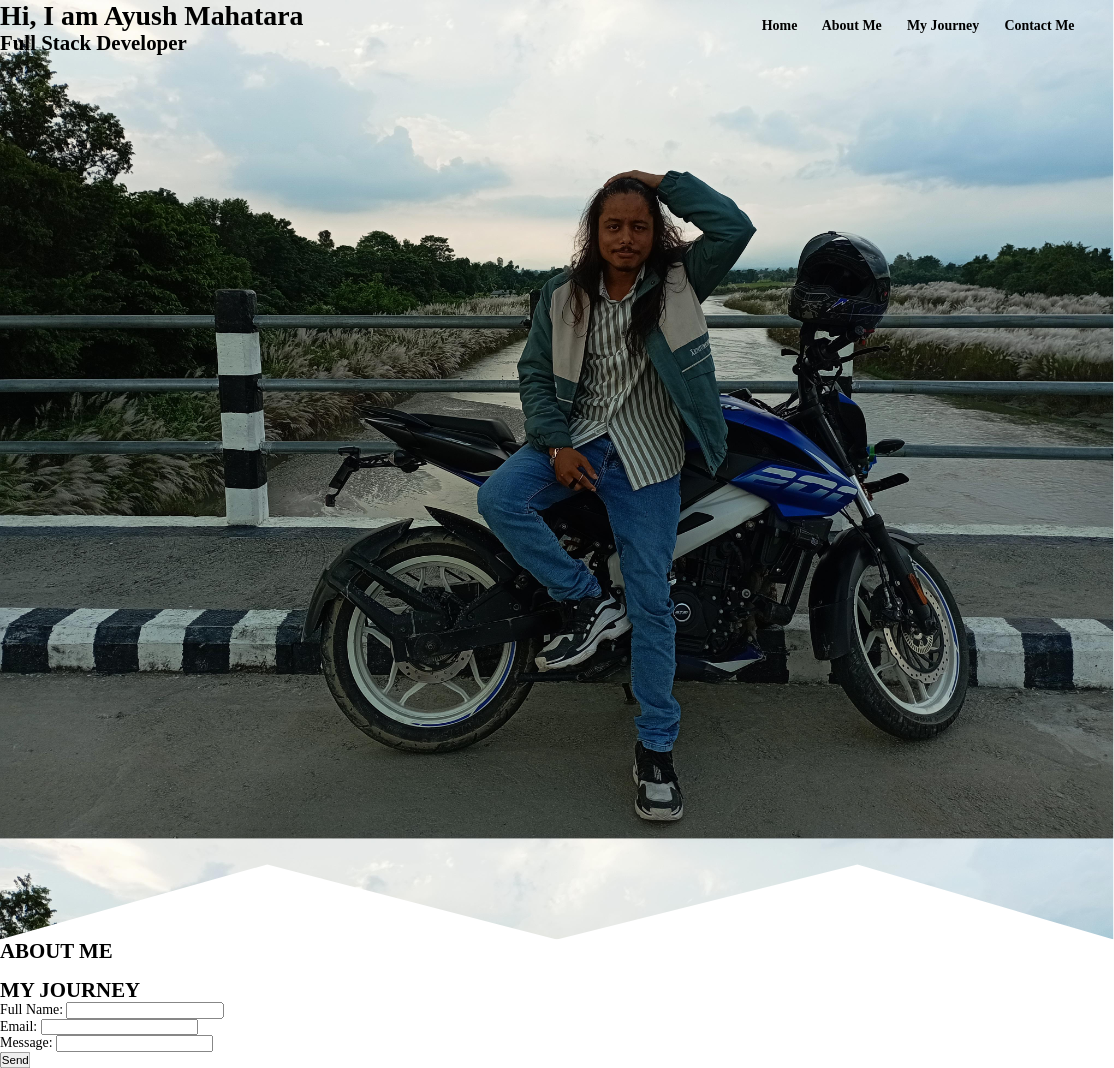
Repository: AyushMahatara/personal-website
Page: New folder/index.html
An editor plug-in stored every save of this project. The page is shown before and after the next save, followed by the edit.
The browser window is 1280 px wide. The pictures show the whole page, at 87% of full size.
Backgrounds fixed to the window are drawn as part of the page.

Above is the page before, as saved 2023-07-20 16:38:33.

After the next save:
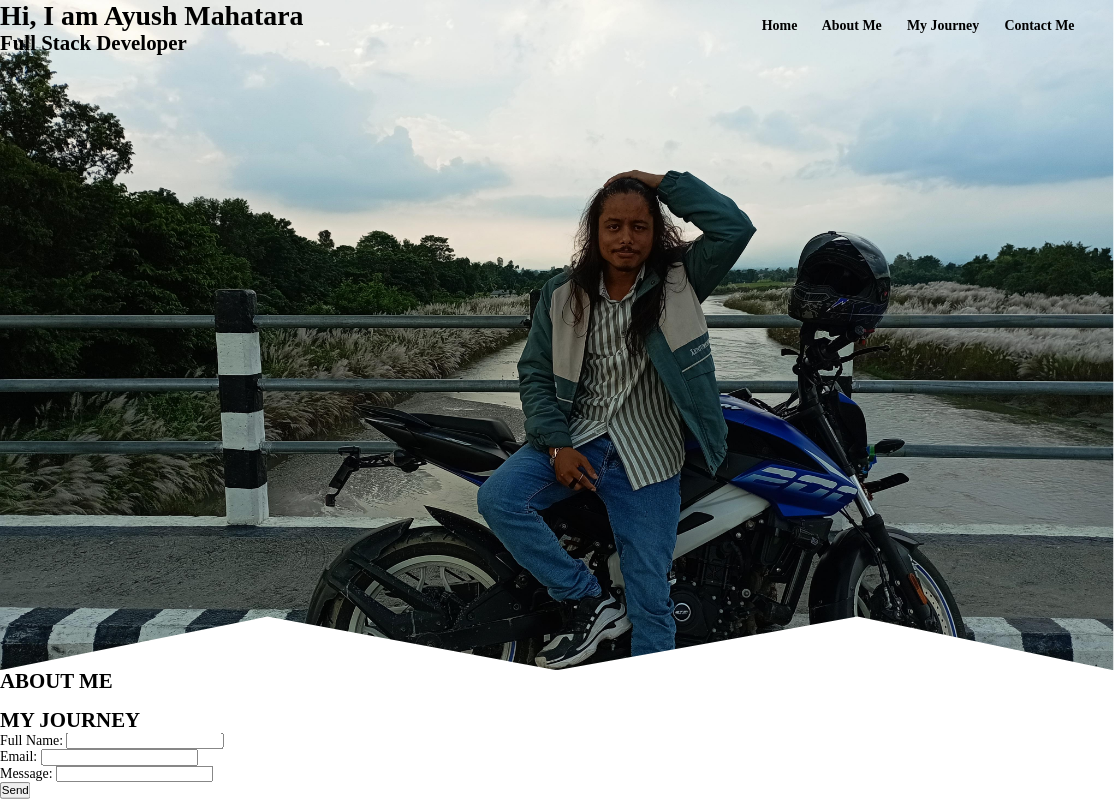
Saved 30 s later.
--- a/New folder/style.css
+++ b/New folder/style.css
@@ -10,8 +10,7 @@ header {
   background-repeat: no-repeat;
   background-attachment: fixed;
   width: 100%;
-  /* height: 100%; */
-  height: 150vh;
+  height: 107vh;
   position: relative;
   clip-path: polygon(
     0 0,
